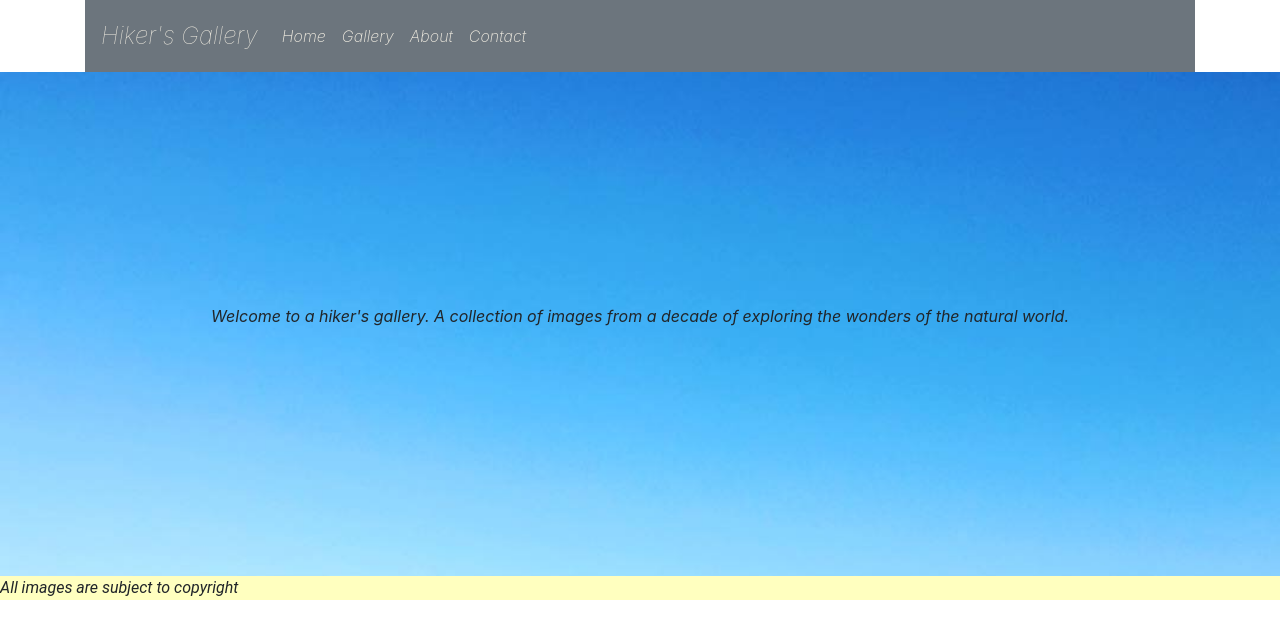
Repository: S-Perring/hiker
Page: index.html
The author's editor kept a record of every edit. The page is drawn from the files as they stood at one moment, then again after the next edit.
The browser window is 1280 px wide. The pictures show the whole page.

Above is the page before.

After the next edit:
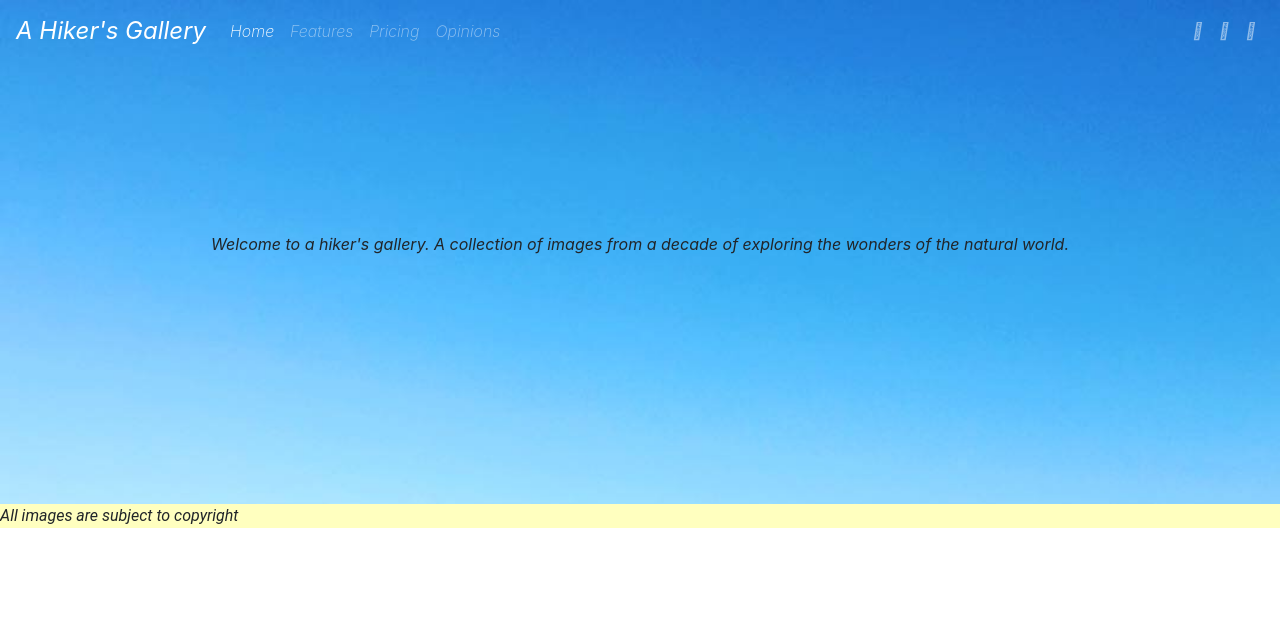
The edit:
--- a/index.html
+++ b/index.html
@@ -10,21 +10,46 @@
     <title>Hiker's Gallery</title>
 </head>
 <body>
-<header class="container">
-    <nav class="navbar navbar-expand-sm bg-secondary">
-        <a href="/" class="navbar-brand">Hiker's Gallery</a>
-  <button class="navbar-toggler" type="button" data-toggle="collapse" data-target="#navbarNav" aria-controls="navbarNav" aria-expanded="false" aria-label="Toggle navigation">
-    <span class="navbar-toggler-icon"></span>
-  </button>
-  <div class="collapse navbar-collapse" id="navbarNav">
-        <ul class="navbar navbar-nav">
-            <li class="nav-item"><a class="nav-link" href="/">Home</a></li>
-            <li class="nav-item"><a class="nav-link" href="">Gallery</a></li>
-            <li class="nav-item"><a class="nav-link" href="">About</a></li>
-            <li class="nav-item"><a class="nav-link" href="">Contact</a></li>
-        </ul>
+<!--Main Navigation-->
+<header>
+
+  <nav class="navbar fixed-top navbar-expand-lg navbar-dark pink scrolling-navbar">
+    <a class="navbar-brand" href="#"><strong>A Hiker's Gallery</strong></a>
+    <button class="navbar-toggler" type="button" data-toggle="collapse" data-target="#navbarSupportedContent"
+      aria-controls="navbarSupportedContent" aria-expanded="false" aria-label="Toggle navigation">
+      <span class="navbar-toggler-icon"></span>
+    </button>
+    <div class="collapse navbar-collapse" id="navbarSupportedContent">
+      <ul class="navbar-nav mr-auto">
+        <li class="nav-item active">
+          <a class="nav-link" href="#">Home <span class="sr-only">(current)</span></a>
+        </li>
+        <li class="nav-item">
+          <a class="nav-link" href="#">Features</a>
+        </li>
+        <li class="nav-item">
+          <a class="nav-link" href="#">Pricing</a>
+        </li>
+        <li class="nav-item">
+          <a class="nav-link" href="#">Opinions</a>
+        </li>
+      </ul>
+      <ul class="navbar-nav nav-flex-icons">
+        <li class="nav-item">
+          <a class="nav-link"><i class="fab fa-facebook-f"></i></a>
+        </li>
+        <li class="nav-item">
+          <a class="nav-link"><i class="fab fa-twitter"></i></a>
+        </li>
+        <li class="nav-item">
+          <a class="nav-link"><i class="fab fa-instagram"></i></a>
+        </li>
+      </ul>
+    </div>
+  </nav>
 
 </header>
+<!--Main Navigation-->
 
 <section>
     <div class="main-pic">
